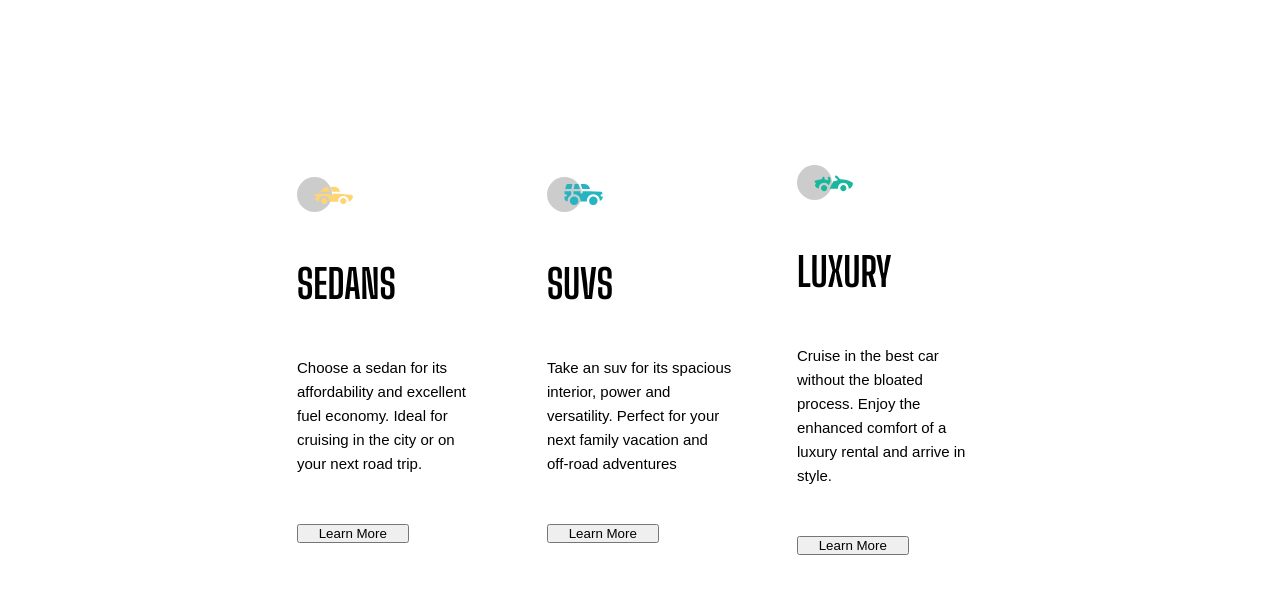
Repository: UnegbuAbigail/3-columns-cards
Page: index.html
These files come from the project's save history. The page is drawn as it stood at one moment and after a run of saves; the edit follows.
The browser window is 1280 px wide. The pictures show the whole page.

Above is the page before, as saved 2024-08-03 14:28:41.

### index.html
<!DOCTYPE html>
<html lang="en">
<head>
    <meta charset="UTF-8">
    <meta name="viewport" content="width=device-width, initial-scale=1.0">
    <title>Document</title>
    <link rel="stylesheet" href="style.css">
</head>
<body>
    <main>
        <section>
            <!-- card-1 -->
             <div class="cards">
                <img src="assets/icon-sedans.svg" alt="sedan-car-image">
                <h2>SEDANS</h2>
                <p>Choose a sedan for its affordability and excellent fuel economy. Ideal for cruising in the city or on your next road trip.</p>
                <button>Learn More</button>
             </div>

             <!-- card-2 -->

             <div class="cards">
                <img src="assets/icon-suvs.svg" alt="">
                <h2>SUVS</h2>
          <p>
            Take an suv for its spacious interior, power and versatility.
            Perfect for your next family vacation and off-road adventures
          </p>
          <button>Learn More</button>
             </div>

             <!-- card-3 -->
             <div class="cards">
                <img src="assets/icon-luxury.svg" alt="luxury-car-image">
                <h2>LUXURY</h2>
                <p>
                    Cruise in the best car without the bloated process. Enjoy the enhanced comfort of a luxury rental and arrive in style.
                </p>
                <button>Learn More</button>
               </div>
        </section>
    </main>
</body>
</html>

### style.css
@import url('https://fonts.googleapis.com/css2?family=Lexend+Deca:wght@100..900&family=Montserrat:ital,wght@0,100..900;1,100..900&display=swap');
@import url('https://fonts.googleapis.com/css2?family=Big+Shoulders+Display:wght@100..900&family=Lexend+Deca:wght@100..900&family=Montserrat:ital,wght@0,100..900;1,100..900&display=swap');

* {
    padding: 0;
    margin: 0;
    box-sizing: border-box;
}

:root{
    --bright-orange: hsl(31, 77%, 52%);
    --dark-cyan: hsl(184, 100%, 22%);
    --very-dark-cyan: hsl(179, 100%, 13%);
    --transparent-white: hsla(0, 0%, 100%, 0.75);
    --very-light-gray: hsl(0, 0%, 95%);
    --ff-big-shoulders-display: "Big Shoulders Display", sans-serif;
    --ff-lexand-deca: "Lexand Deca", sans-serif;
}

html,body {
    display: flex;
    justify-content: center;
    align-items: center;
    /* border: 2px, solid red; */
    min-height: 100%;
}

body {
    font-size: 15px;
}

main {
    display: flex;
    justify-content: center;
    align-items: center;
    min-height: 100%;
}

section {
    /* border: 2px solid blue; */
    display: flex;
    justify-content: center;
    align-items: center;
    width: 70%;
    height: 100%;

}

/* cards */
.cards {
    display: flex;
    flex-direction: column;
    gap: 3rem;
    padding: 2rem;
}

img {
    width: 30%;
}

h2 {
    font-family: var(--ff-big-shoulders-display);
    font-weight: 700;
    font-size: 2.5rem;
}

p{
    /* color: var(--transparent-white); */
    font-family: var(--ff-lexand-deca);
    font-weight: 400;
    width: 186px;
    line-height: 1.5rem;
}

button{
    width: 60%;
    height: ;
}

After the next 2 saves:
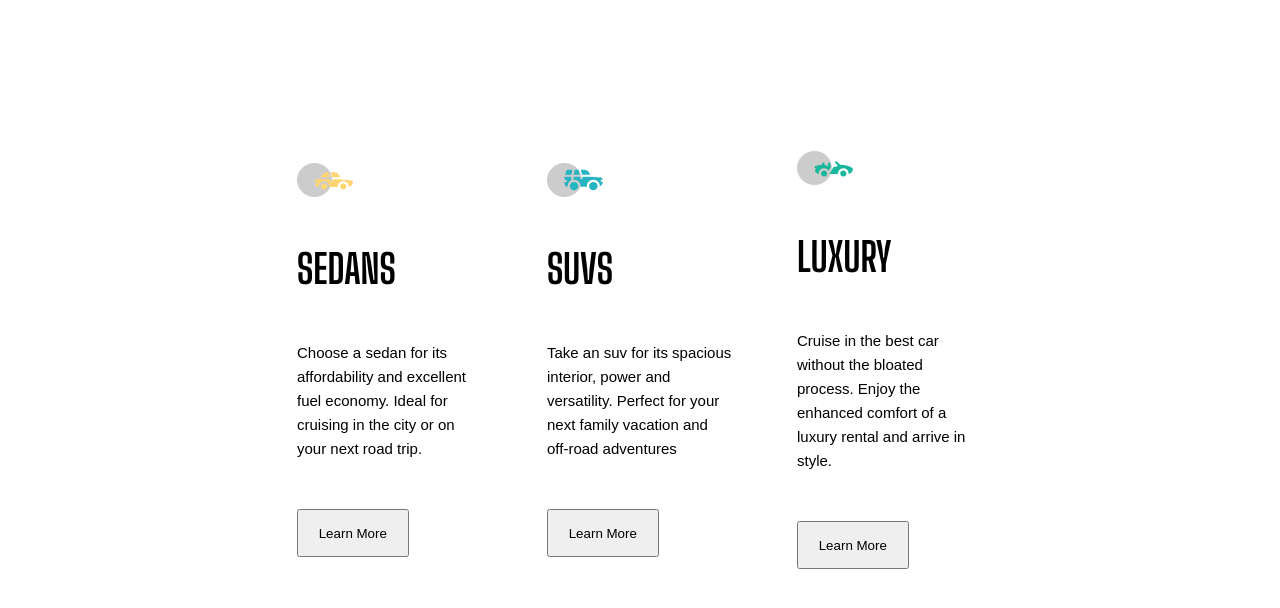
The 2 saves are shown as one change because they came seconds apart.
The last was saved 6 s later.
--- a/style.css
+++ b/style.css
@@ -74,5 +74,6 @@ p{
 
 button{
     width: 60%;
-    height: ;
+    height: 3rem;
+
 }
